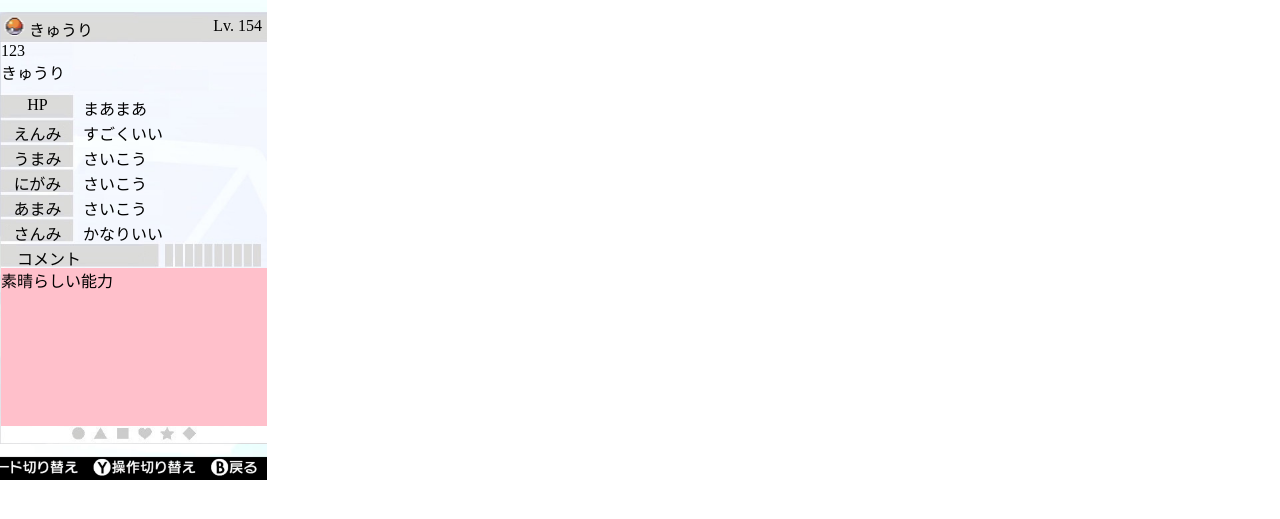
Repository: Hikaru-Ichikawa/POKEMON-FOOD
Page: info-foods/detail-framework.html
The author's editor kept a record of every edit. The page is drawn from the files as they stood at one moment, then again after the next edit.
The browser window is 1280 px wide. The pictures show the whole page.

Above is the page before.

After the next edit:
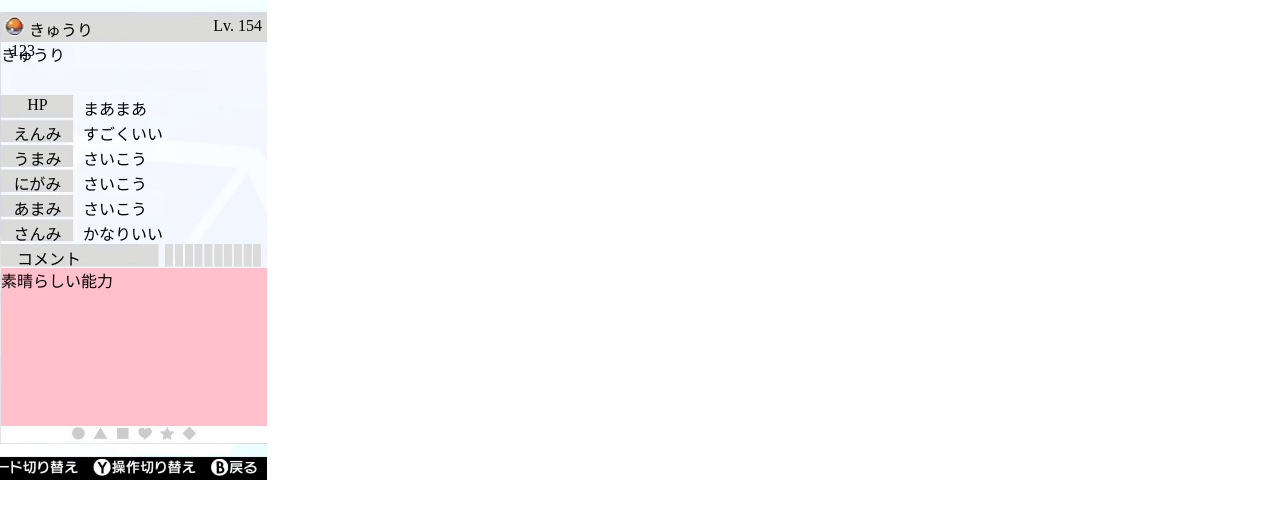
The edit:
--- a/stylesheet.css
+++ b/stylesheet.css
@@ -292,8 +292,16 @@
 }
 
 /*--------------identity----------------*/
+#identity{
+    width:267px;
+    height:27px;
+}
+
 #identity .number{
-    width:;
+    position:absolute;
+    left:10px;
+    width:70px;
+    height:27px;
 }
 
 #identity .name{
